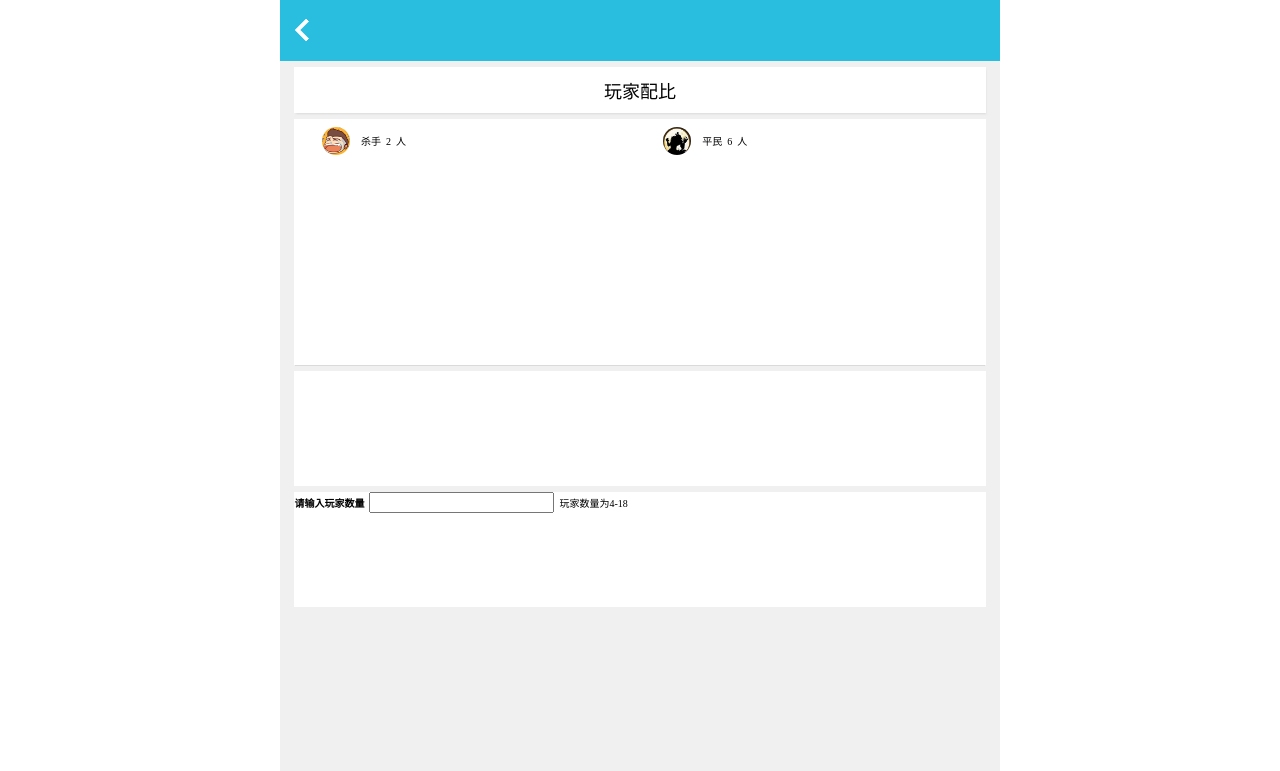
Repository: leozhangpd/My-Codes
Page: JS/two-project/deploy_page.html
These files come from the project's save history. The page is drawn as it stood at one moment and after a run of saves; the edit follows.
The browser window is 1280 px wide. The pictures show the whole page.

Above is the page before, as saved 2020-11-09 17:06:19.

### JS/two-project/deploy_page.html
<!DOCTYPE html>
<html lang="en">
    <head>
        <meta charset="UTF-8">
        <meta name="viewport" content="width=device-width,initial-scale=1.0,maximum-scale=1.0,user-scalable=0" />
        <link rel="stylesheet" href="css/deploy_page.css" type="text/css">
        <title>匹配</title>
    </head>
    <body>
        <header>
            <a href='home_page.html'></a>
        </header>
        <main>
            <div class="title">玩家配比</div>
            <ul class="list">
                <li>
                    <img src="images/footman.png">
                    <span>杀手&nbsp;&nbsp;2&nbsp;&nbsp;人</span>
                </li>
                <li>
                    <img src="images/wolf.png">
                    <span>平民&nbsp;&nbsp;6&nbsp;&nbsp;人</span>
                </li>
            </ul>
            <div class="work-group"></div>
            <div class="player-number">
                <span>请输入玩家数量</span>&nbsp;
                <input type="number">&nbsp;
                <span>玩家数量为4-18</span>
            </div>
        </main>
        <footer></footer>
    </body>
</html>

### JS/two-project/css/deploy_page.css
ul{
    list-style-type: none;
    margin: 0;padding: 0;
}
button{
    outline: none;
    border:none;
}
html{
    font-size: 62.5%;
    background: #fff;
    height: 100vh;
}
body{
    height: 100%;
    margin:0 auto;
    padding-bottom: 4%;
    max-width: 720px;
    min-width: 320px;
    background: #f0f0f0;
}
header{
    padding: 3% 5% 3% 2.5%;
    background-color: #29bde0;
}
header>a{
    display: inline-block;
    padding: 8px;
    box-shadow: inset 4px -4px 0 0 #ffffff;
    transform: rotate(45deg);
}
header>button div{
    margin-top: .5rem;
    height: .3rem;
    background-color: #fff;
}
main{
    margin:0 auto;
    width: 96%;
}
main>*{background-color: #fff;}
.title{
    padding: 1rem 0;
    margin: .6rem 0;
    text-align: center;
    font-size: 1.8rem;
    font-weight: 540;
    box-shadow: 1px 2px 2px -1px rgb(218, 218, 218);
}
.list{
    min-height: 23rem;
    padding: 8px 0;
    box-shadow: 0 2px 0 -1px rgb(218, 218, 218);
}
.list>li{
    display: inline-block;
    width: 45%;
    margin-left: 4%;
}
.list img{
    float: left;
    width: 28px;
    border-radius: 50%;
}
.list>li>span{
    display: block;
    padding: 6px 0 0 39px;
}
.work-group,
.player-number{
    margin: .6rem 0;
    min-height: 11.5rem;
}
.player-number>span:nth-child(1){
    font-weight: bold;
}

After the next 5 saves:
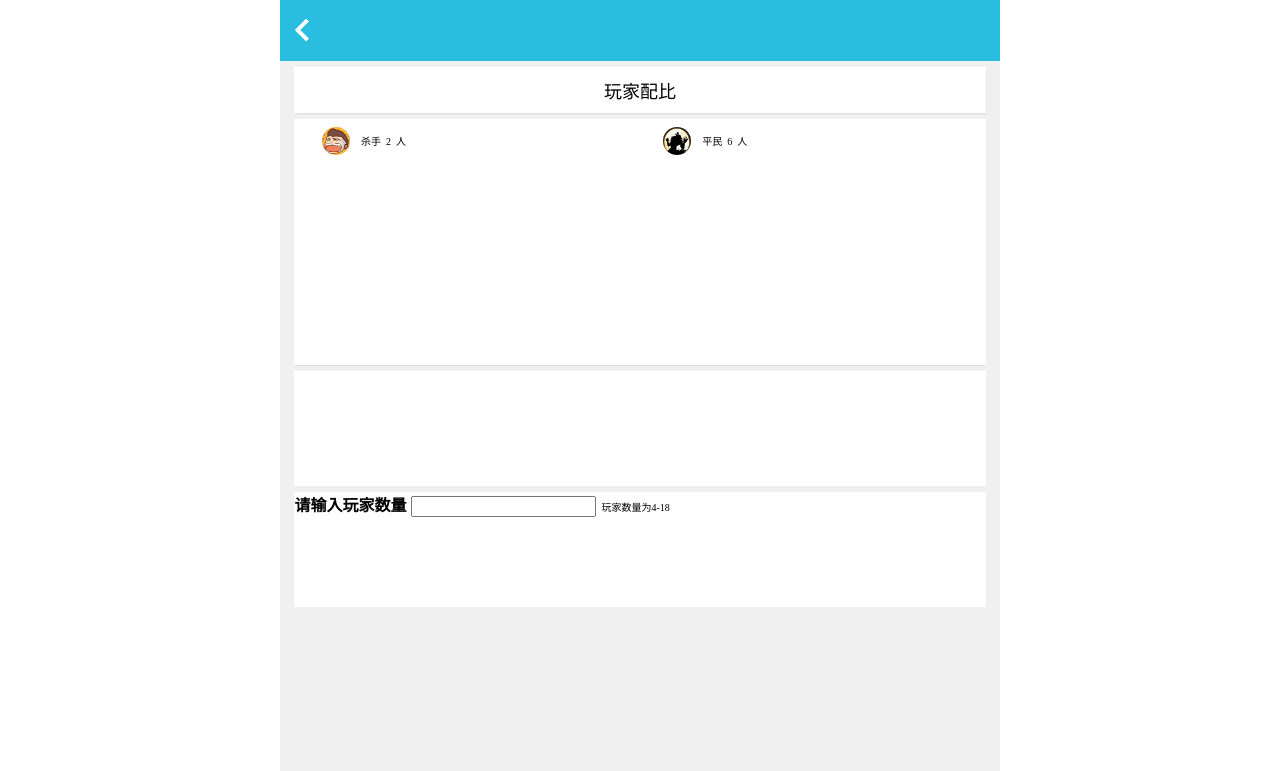
The 5 saves are shown as one change because they came seconds apart.
The last was saved 16 s later.
--- a/JS/two-project/css/deploy_page.css
+++ b/JS/two-project/css/deploy_page.css
@@ -72,5 +72,6 @@ main>*{background-color: #fff;}
     min-height: 11.5rem;
 }
 .player-number>span:nth-child(1){
+    font-size: 1.6rem;
     font-weight: bold;
 }
